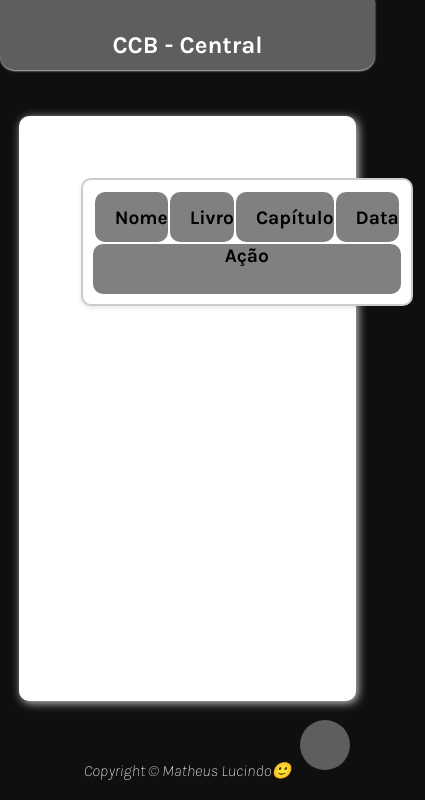
Repository: Matheus904-12/API-da-CCB
Page: index.html
An editor plug-in stored every save of this project. The page is shown before and after the next save, followed by the edit.
The browser window is 375 px wide. The page is 425 px wide, then 405 px, so the pictures cover 425 px, including what lies to the right of the window. The pictures show the whole page.

Above is the page before, as saved 2024-01-14 01:32:52.

After the next save:
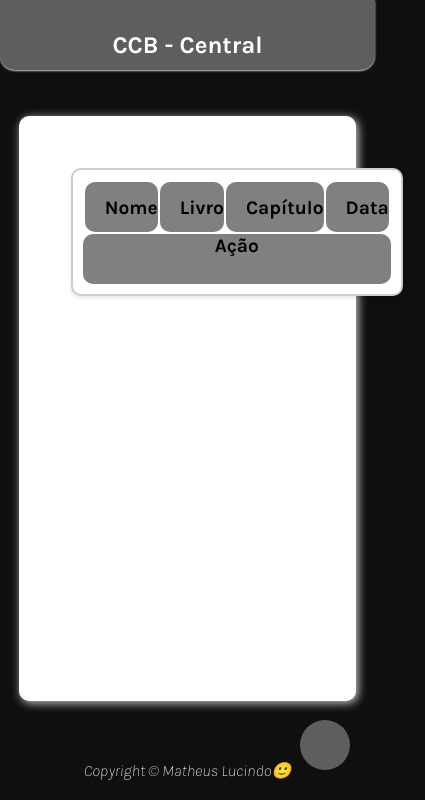
Saved 6 s later.
--- a/chat.css
+++ b/chat.css
@@ -48,7 +48,7 @@
         background-color: white;
         box-shadow: 0 2px 4px rgba(0, 0, 0, 0.1);
         padding: 10px;
-        margin: 10px;
+        right: 10px;
     }
 
     .records td {
